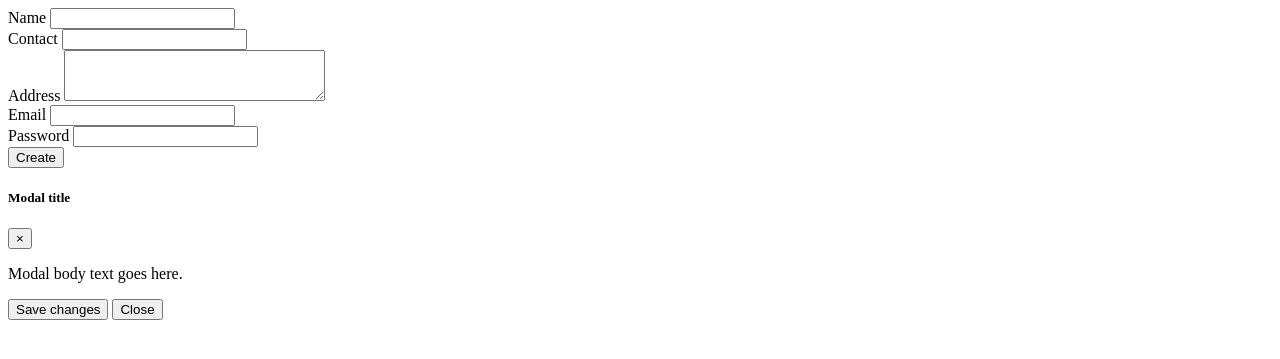
Repository: RahulLanjewar93/doctor
Page: http://localhost/signup.php
The author's editor kept a copy of each file at every save. The page is drawn from the files as they stood at one save, then again after the next save.
The browser window is 1280 px wide. The pictures show the whole page.
The page is run by PHP 8.4 with error messages shown; the project is at /var/www/html/.

Above is the page before, as saved 2022-03-17 00:54:26.
Console error: ReferenceError: $ is not defined

After the next save:
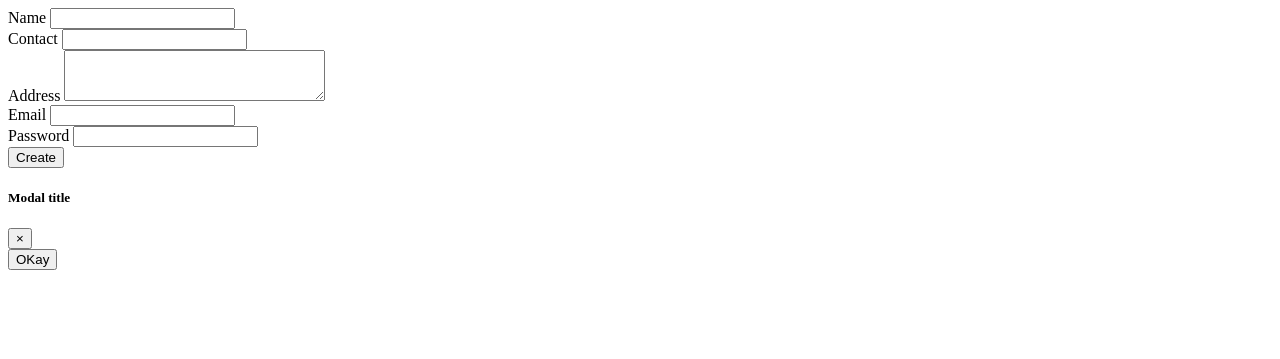
Saved 3 min 20 s later.
--- a/signup.php
+++ b/signup.php
@@ -24,25 +24,21 @@
 		<button class="button btn btn-info btn-sm">Create</button>
 	</form>
 
-		<div class="modal hide" tabindex="-1" role="dialog">
-	<div class="modal-dialog" role="document">
-		<div class="modal-content">
-		<div class="modal-header">
-			<h5 class="modal-title">Modal title</h5>
-			<button type="button" class="close" data-dismiss="modal" aria-label="Close">
-			<span aria-hidden="true">&times;</span>
-			</button>
+		<div class="modal" tabindex="-1" role="dialog">
+			<div class="modal-dialog" role="document">
+				<div class="modal-content">
+				<div class="modal-header">
+					<h5 class="modal-title">Modal title</h5>
+					<button type="button" class="close" data-dismiss="modal" aria-label="Close">
+					<span aria-hidden="true">&times;</span>
+					</button>
+				</div>
+				<div class="modal-footer">
+					<button type="button" class="btn btn-secondary" data-dismiss="modal">OKay</button>
+				</div>
+				</div>
+			</div>
 		</div>
-		<div class="modal-body">
-			<p>Modal body text goes here.</p>
-		</div>
-		<div class="modal-footer">
-			<button type="button" class="btn btn-primary">Save changes</button>
-			<button type="button" class="btn btn-secondary" data-dismiss="modal">Close</button>
-		</div>
-		</div>
-	</div>
-	</div>
 </div>
 
 <style>
@@ -84,17 +80,17 @@
 		console.log("contact",contact)
 		if(!NameRegex.test(name)){
 			console.log('not valid')
-			$('#signup-frm').prepend(
-
-			)
-
+			$(".modal-title").html("Name not valid")
+			$('.modal').modal('show');
 			return
 		}else{
 			console.log('name is valid')
+
 		}
 		if(!ContactRegex.test(contact)){
-			$('#signup-frm').prepend(
-						'<div class="alert alert-danger">Contact is not valid</div>')
+			$(".modal-title").html("Phone not valid")
+
+			$('.modal').modal('show');
 			return
 
 		}else{
